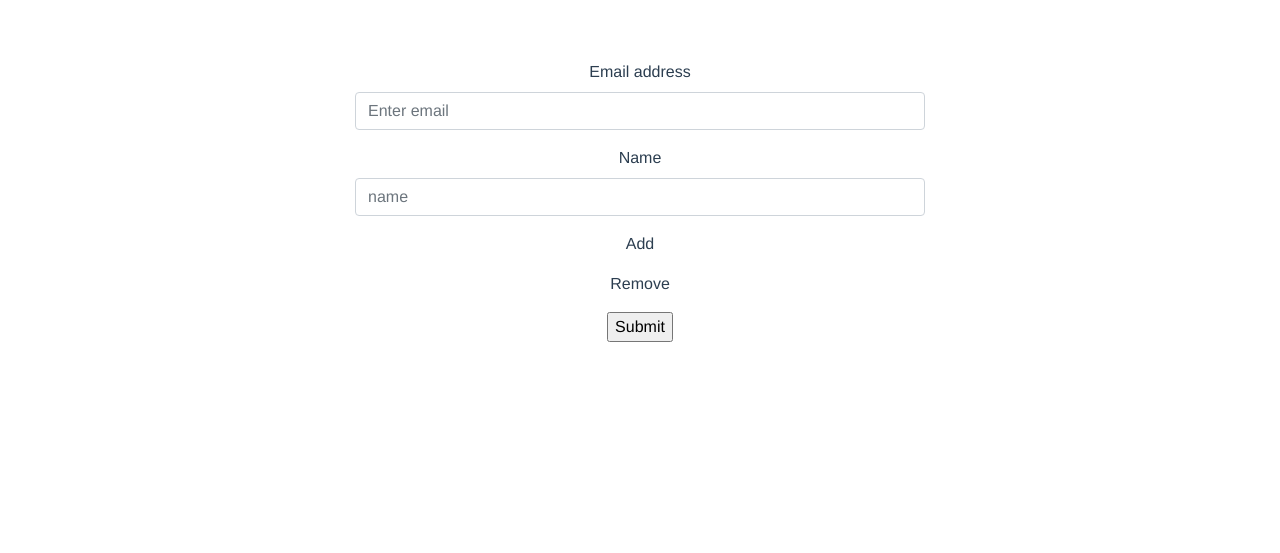
Repository: rupeshpawar93/vue-profile
Page: /company-form
The author's editor kept a copy of each file at every save. The page is drawn from the files as they stood at one save, then again after the next save.
The browser window is 1280 px wide. The pictures show the whole page.
The project was rebuilt for these pictures with package versions that can differ from the ones it lists, and the page was loaded fresh each time. Also part of the build but not shown: webpack.config.js, src/components/Portfolio.vue, src/components/PortfolioDetail.vue, src/components/Mycart.vue.

Above is the page before, as saved 2019-11-05 14:54:08.

After the next save:
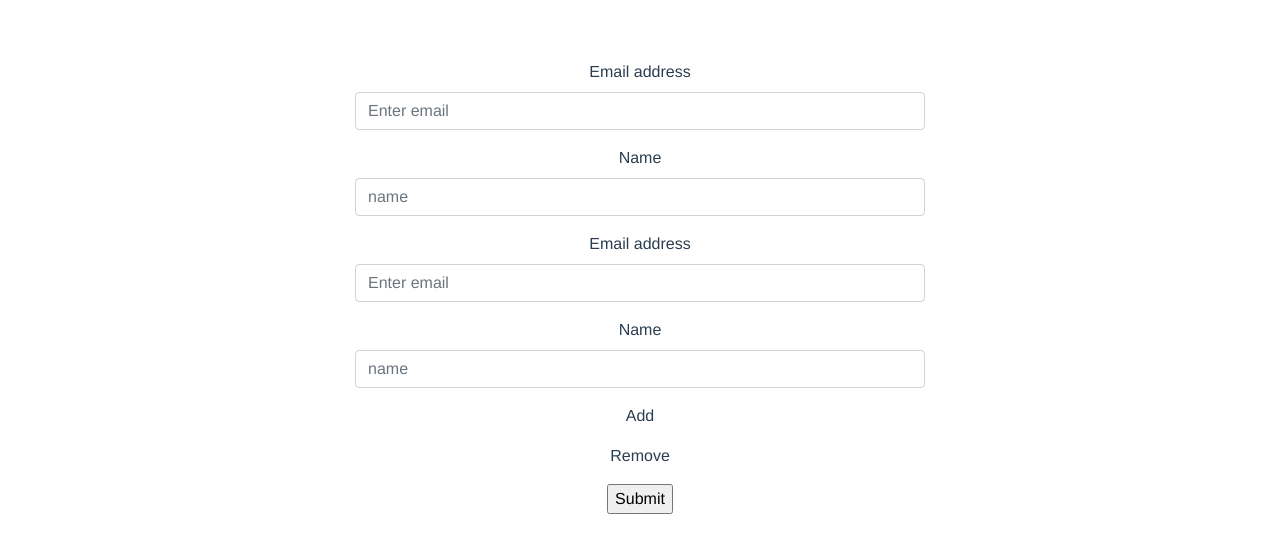
Saved 31 s later.
--- a/src/components/Company.vue
+++ b/src/components/Company.vue
@@ -55,7 +55,7 @@ export default {
         }
     },
     mounted() {
-
+        this.addnew()
     }
 }
 </script>

After the save that followed:
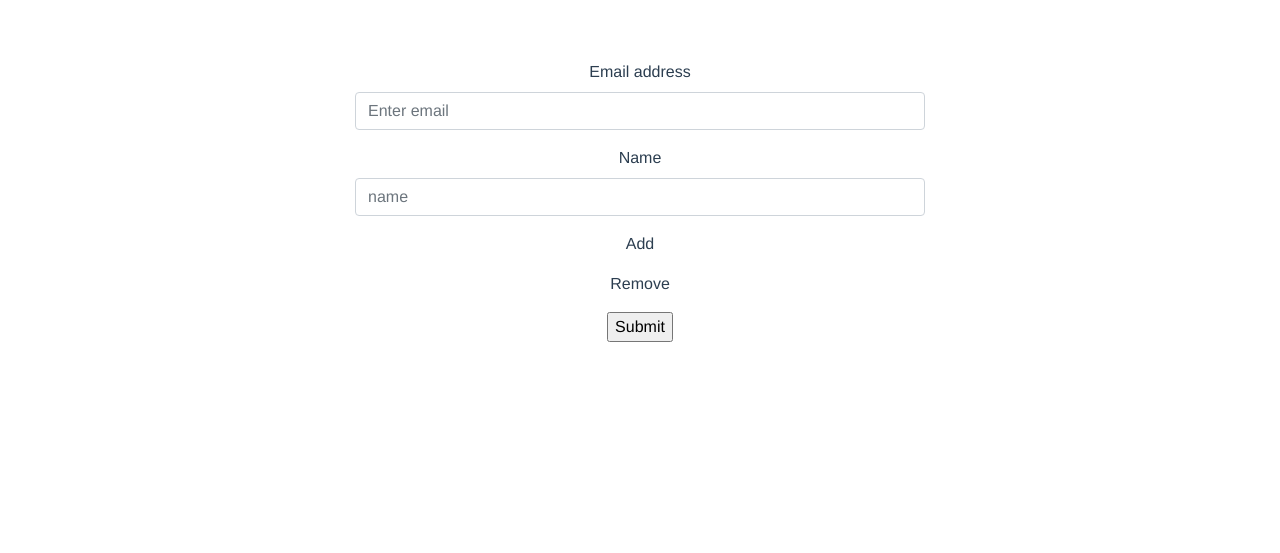
Saved 6 s later.
--- a/src/components/Company.vue
+++ b/src/components/Company.vue
@@ -34,7 +34,7 @@ export default {
     data() {
         return {
             company:'',
-            items:[{name:'',email:''}]
+            items:[]
         }
     },
     created() {
